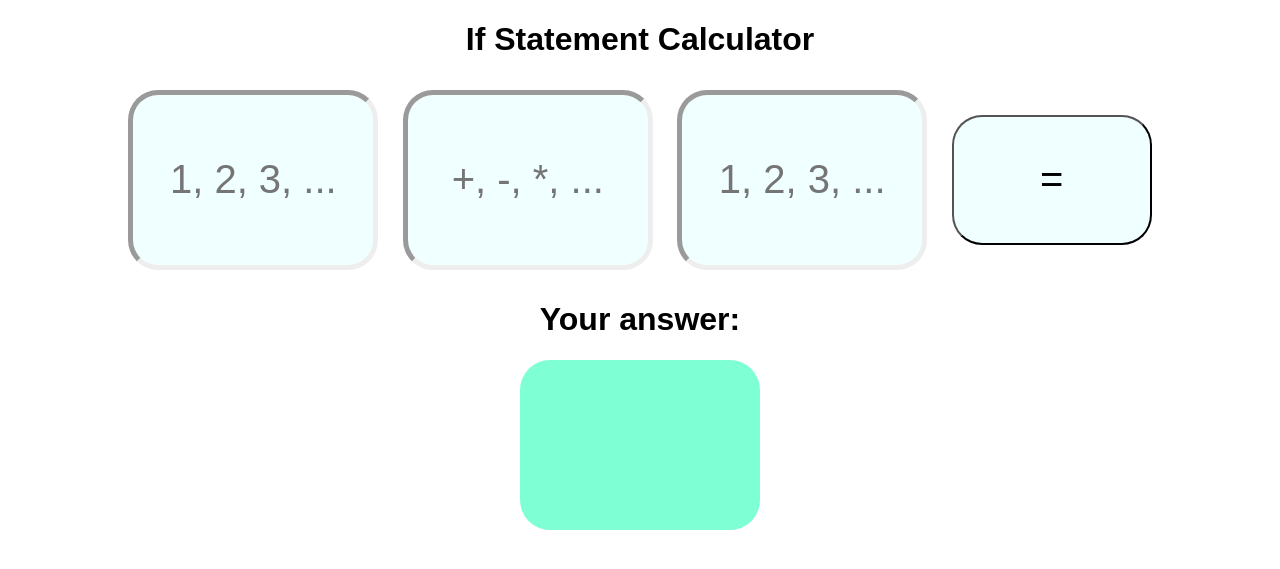
Repository: WesleyErasmus/threeInputCalculator
Page: html/if-calculator.html
The author's editor kept a copy of each file at every save. The page is drawn from the files as they stood at one save, then again after the next save.
The browser window is 1280 px wide. The pictures show the whole page.

Above is the page before, as saved 2022-04-27 22:24:11.

### html/if-calculator.html
<!DOCTYPE html>
<html lang="en">
<head>
    <meta charset="UTF-8">
    <meta http-equiv="X-UA-Compatible" content="IE=edge">
    <meta name="viewport" content="width=device-width, initial-scale=1.0">
    <title>JS If Calculator</title>
    <link rel="stylesheet" href="/css/stylesheet.css">
    <script src="/js/if-calculator.js"></script>

</head>
<body>

<center>
    <form onsubmit="return false;">
        <h1>If Statement Calculator</h1>
        <!-- <div class="inputField"> -->
        <!-- <label for="input1">Enter a number</label> -->
         <input id="input1" type="text" name = "input1" placeholder="1, 2, 3, ..."> <!-- input-1 -->
        </div>
        <!-- <div class="inputField"> -->
         <!-- <label for="input3">Enter operator</label> -->
         <input id="input3" type="text" name = "input3" placeholder="+, -, *, ..."> <!-- input-3 (operator) -->
        </div>
        <!-- <div class="inputField"> -->
         <!-- <label for="input2">Enter a number </label> -->
         <input id="input2" type="text" name = "input2" placeholder="1, 2, 3, ..."> <!-- input-2 -->
        </div>
         <button onclick="sum()">=</button>
         <h1>Your answer:</h1>
         <p id="output"></p>
    </form>
</center>
</body>
</html>

### css/stylesheet.css
body {
font-family: sans-serif;
}
form {
display: block;
margin: 0 auto;
}
input {
    background-color: azure;
    width: 200px;
    height: 130px;
    padding: 20px;
    margin: 10px;
    text-align: center;
    font-size: 40px;
    border-radius: 30px;
    border: 5px solid;
    border-style:inset;
}
button {
    background-color: azure;
    width: 200px;
    height: 130px;
    padding: 0;
    margin: 10px;
    font-size: 40px;
    border-radius: 30px;
}
p {
    text-align: center !important;
    vertical-align: middle !important;
    margin: 10px;
    width: 200px;
    height: 130px;
    padding: 20px;
    font-size: 75px;
    border-radius: 30px;
    background-color: aquamarine;
}

### js/if-calculator.js
function sum() {
const num1 = document.getElementById("input1").value;
const num2 = document.getElementById("input2").value;
const operator = document.getElementById("input3").value;
const output = document.getElementById("output").value;
  let answer;
  document.getElementById("output").value;
  if (operator == '+') {
    answer = +num1 + +num2;
    document.getElementById("output").innerHTML = answer;
  } else if (operator == '-') {
    answer = num1 - num2;
    document.getElementById("output").innerHTML = answer;
  } else if (operator == '*') {
    answer = num1 * num2;
    document.getElementById("output").innerHTML = answer;
  } else {
    answer = num1 / num2;
    document.getElementById("output").innerHTML = answer;
  }console.log(answer);
}

After the next save:
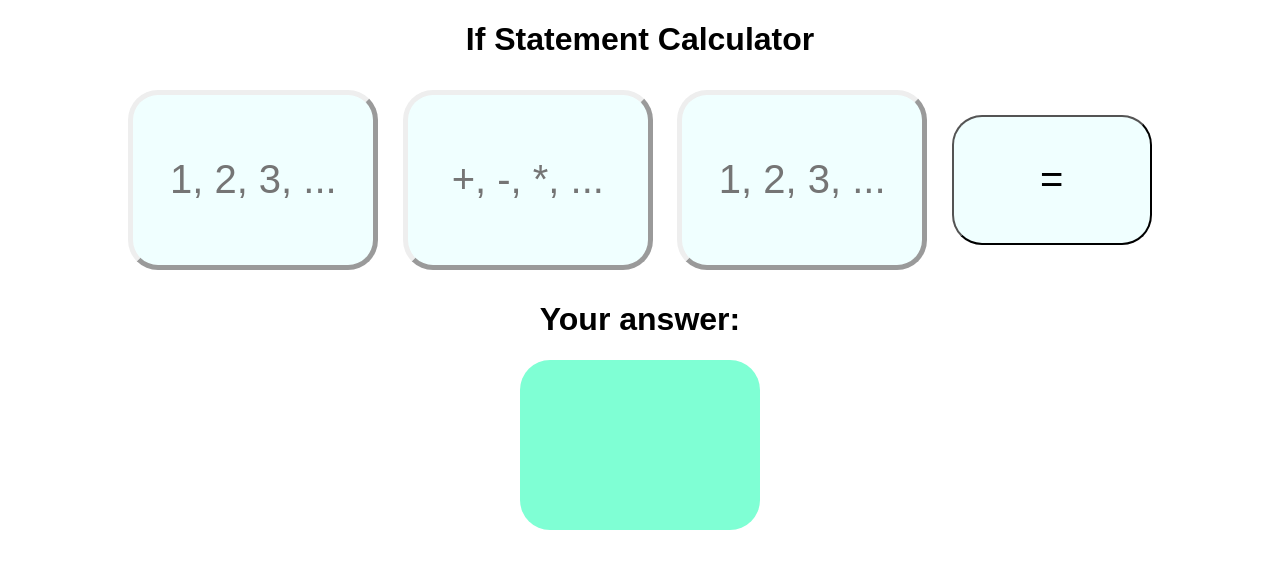
Saved 11 s later.
--- a/css/stylesheet.css
+++ b/css/stylesheet.css
@@ -15,7 +15,7 @@ input {
     font-size: 40px;
     border-radius: 30px;
     border: 5px solid;
-    border-style:inset;
+    border-style:outset;
 }
 button {
     background-color: azure;
